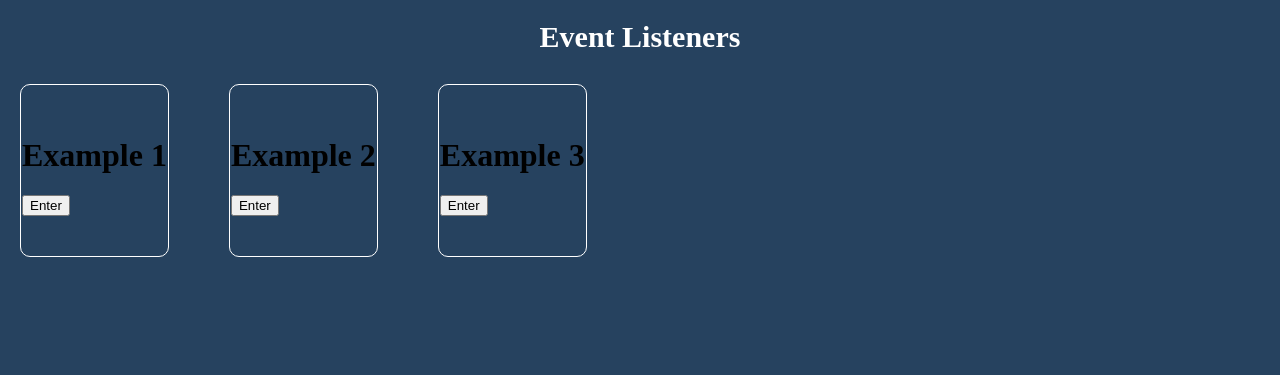
Repository: wakoya-tech/react-project
Page: Desktop/shaakala/ebo/index.html
These files come from the project's save history. The page is drawn as it stood at one moment and after the next save; the edit follows.
The browser window is 1280 px wide. The pictures show the whole page.

Above is the page before, as saved 2025-08-29 10:11:53.

### Desktop/shaakala/ebo/index.html
<!DOCTYPE html>
<html lang="en">
<head>
    <meta charset="UTF-8">
    <meta name="viewport" content="width=device-width, initial-scale=1.0">
    <title>Event Listeners</title>
</head>
<style>
    *{
        box-sizing: border-box;
    }
    body{
  background-color: rgb(38, 66, 95);
  margin: 0;
  padding: 0;
    }
    #main-heading {
        font-size: 30px;
     text-align: center;
     align-items: center;
     color: white;
    }
    .container{
        display: flex;

    }
.boxes{
    font-size: medium;
    border: 1px solid white;
    padding: 30px 1px 40px 1px;
    margin: 10px 40px 10px 20px;
    border-radius: 10px;

}
</style>
<body>
    <h1 id="main-heading">Event Listeners</h1>
<div class="container">
    <div class="boxes box-1">
     <h1 id="heading">Example 1</h1>
    <button>Enter</button>
    </div>
<div class="boxes box-2">
    <h1 id="heading">Example 2</h1>
    <button class="btn-2">Enter</button>
</div>
<div class="boxes box-3">
    <h1 id="heading">Example 3</h1>
    <button class="btn-3">Enter</button>
</div>
</div>
<script src="../ebo/script.js"></script>
</body>
</html>

Loaded but not shown: Desktop/shaakala/ebo/script.js (no stored copy; drawn as an empty file)

After the next save:
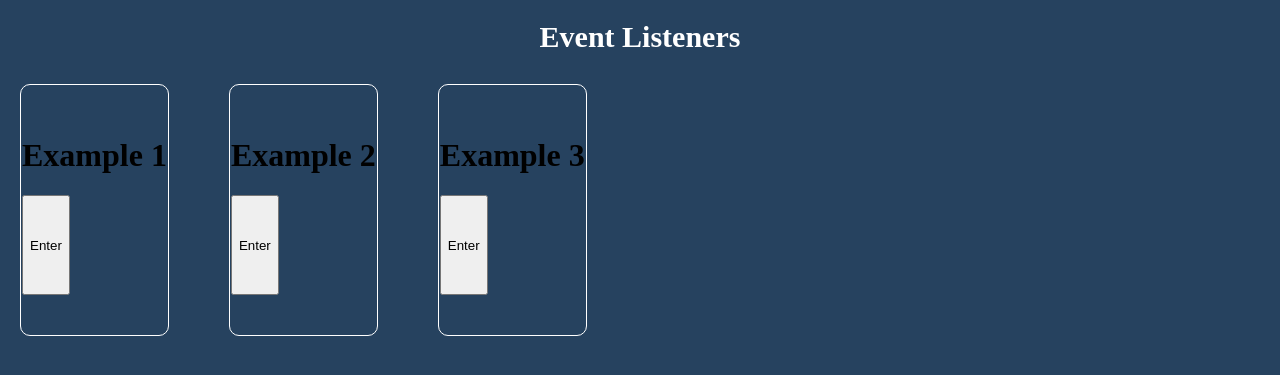
Saved 64 s later.
--- a/Desktop/shaakala/ebo/index.html
+++ b/Desktop/shaakala/ebo/index.html
@@ -32,6 +32,10 @@
     border-radius: 10px;
 
 }
+button{
+    justify-content: center;
+    height: 100px;
+}
 </style>
 <body>
     <h1 id="main-heading">Event Listeners</h1>

After the save that followed:
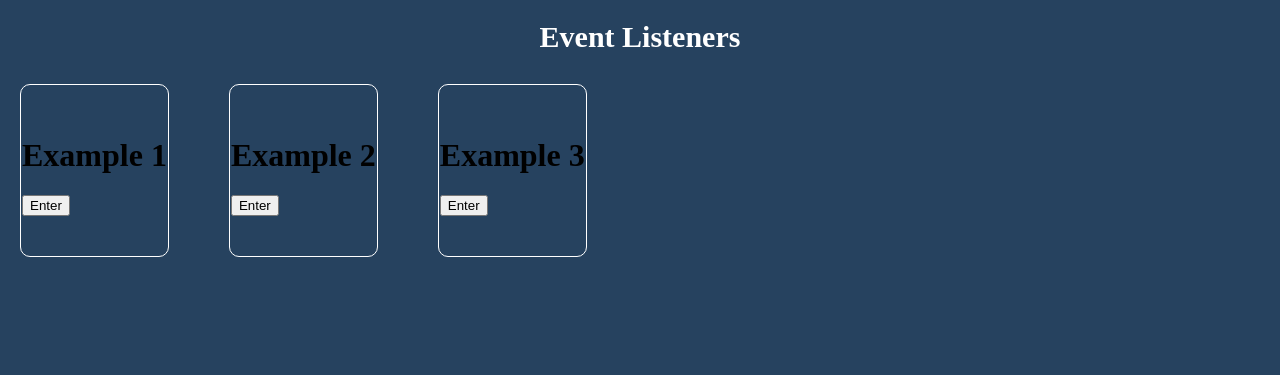
Saved 24 s later.
--- a/Desktop/shaakala/ebo/index.html
+++ b/Desktop/shaakala/ebo/index.html
@@ -34,7 +34,7 @@
 }
 button{
     justify-content: center;
-    height: 100px;
+
 }
 </style>
 <body>
